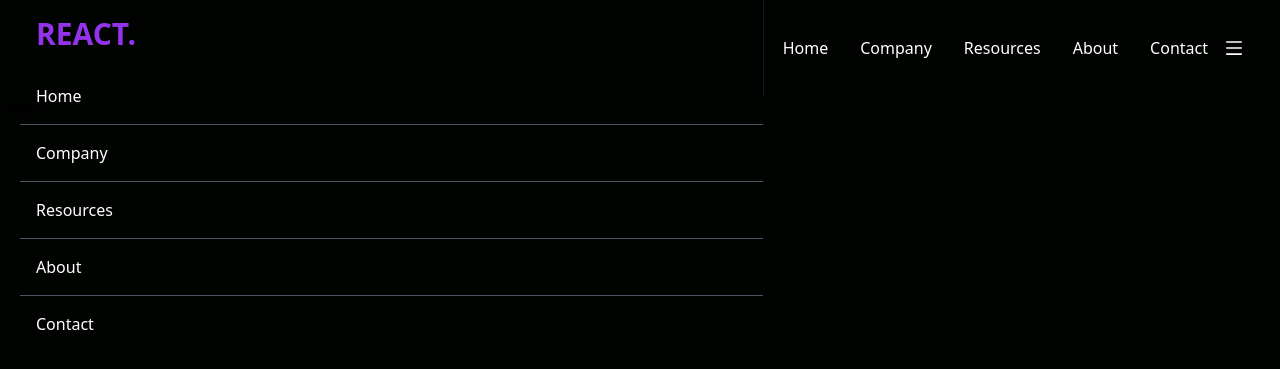
Repository: OmniaRafat232111121/tailwindreact
Page: /
An editor plug-in stored every save of this project. The page is shown before and after a run of saves, followed by the edit.
The browser window is 1280 px wide. The pictures show the whole page.
The project was rebuilt for these pictures with package versions that can differ from the ones it lists, and the page was loaded fresh each time.

Above is the page before, as saved 2022-09-11 01:54:46.

### src/index.js
import React from 'react';
import ReactDOM from 'react-dom/client';
import './index.css';
import App from './App';
import 'animate.css';
const root = ReactDOM.createRoot(document.getElementById('root'));
root.render(
  <React.StrictMode>
    <App />
  </React.StrictMode>
);

### src/App.js
import React from 'react';
// import Analytics from './components/Analytics';
// import Cards from './components/Cards';
// import Footer from './components/Footer';
// import Hero from './components/Hero';
import Navbar from './components/Navbar';
// import Newsletter from './components/Newsletter';

function App() {
  return (
    <div>
      <Navbar />
       <h1>Helell</h1>
    </div>
  );
}

export default App;

### src/components/Navbar.jsx
import React, { useState } from 'react';
import { AiOutlineClose, AiOutlineMenu } from 'react-icons/ai';

const Navbar = () => {
  const [nav, setNav] = useState(false);


  return (
    <div className=' animate__animated animate__animated animate__backInRight flex justify-around items-center  text-white h-24 max-w-[1240px] px-4 mx-auto'>
      <h1 className='w-full text-3xl font-bold text-purple-600'>REACT.</h1>
      <ul className='hidden md:flex'>
        <li className='p-4 border-purple-600  hover:border-b-2 '>Home</li>
        <li className='p-4 border-purple-600  hover:border-b-2'>Company</li>
        <li className='p-4 border-purple-600  hover:border-b-2 '>Resources</li>
        <li className='p-4 border-purple-600  hover:border-b-2'>About</li>
        <li className='p-4 border-purple-600  hover:border-b-2 '>Contact</li>
      </ul>
    <div>
    <AiOutlineMenu size={20}/>
    </div>
    <div>
    <ul className='fixed left-0 top-0 w-[60%] h-full border-r border-r-gray-900 bg-[#000300] ease-in-out duration-500' >
    <h1 className='w-full text-3xl font-bold text-purple-600 m-4'>REACT.</h1>
      <li className='p-4 border-b border-gray-600'>Home</li>
      <li className='p-4 border-b border-gray-600'>Company</li>
      <li className='p-4 border-b border-gray-600'>Resources</li>
      <li className='p-4 border-b border-gray-600'>About</li>
      <li className='p-4'>Contact</li>
  </ul>
</div>

    </div>
  );
};

export default Navbar;

Loaded but not shown: public/index.html (common file); src/index.css (common file); tailwind.config.js (common file)

After the next 3 saves:
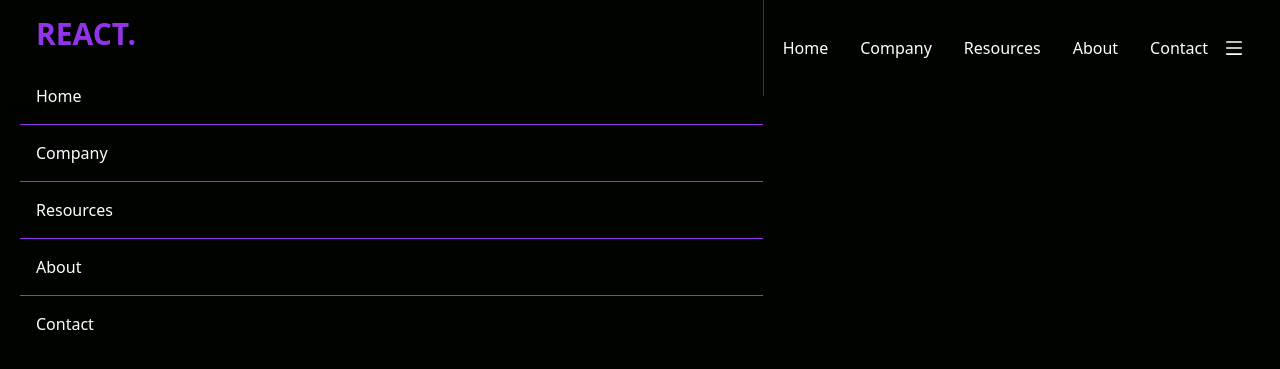
The 3 saves are shown as one change because they came seconds apart.
The last was saved 27 s later.
--- a/src/components/Navbar.jsx
+++ b/src/components/Navbar.jsx
@@ -19,12 +19,12 @@ const Navbar = () => {
     <AiOutlineMenu size={20}/>
     </div>
     <div>
-    <ul className='fixed left-0 top-0 w-[60%] h-full border-r border-r-gray-900 bg-[#000300] ease-in-out duration-500' >
+    <ul className='fixed left-0 top-0 w-[60%] h-full border-r border-r-purple-900 bg-[#000300] ease-in-out duration-500' >
     <h1 className='w-full text-3xl font-bold text-purple-600 m-4'>REACT.</h1>
-      <li className='p-4 border-b border-gray-600'>Home</li>
-      <li className='p-4 border-b border-gray-600'>Company</li>
-      <li className='p-4 border-b border-gray-600'>Resources</li>
-      <li className='p-4 border-b border-gray-600'>About</li>
+      <li className='p-4 border-b border-purple-600'>Home</li>
+      <li className='p-4 border-b border-purple-600'>Company</li>
+      <li className='p-4 border-b border-purple-600'>Resources</li>
+      <li className='p-4 border-b border-purple-600'>About</li>
       <li className='p-4'>Contact</li>
   </ul>
 </div>
